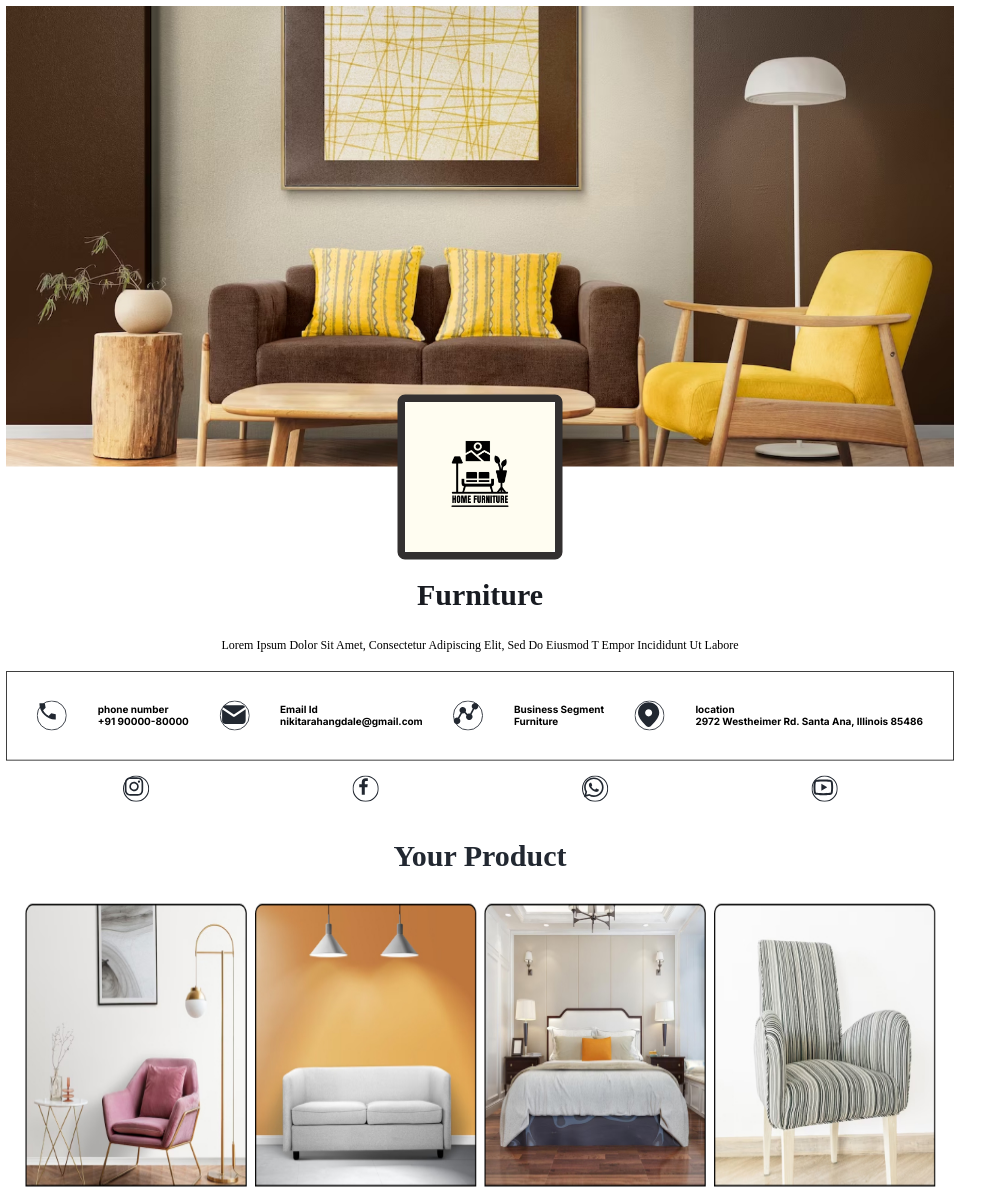
Repository: nikita120402/next13-deploy
Page: /
The author's editor kept a copy of each file at every save. The page is drawn from the files as they stood at one save, then again after the next save.
The browser window is 1280 px wide. The page is 1280 px wide, then 1312 px, then 1280 px, so the pictures cover 1312 px, including what lies to the right of the window. The pictures show the whole page, at 75% of full size.
The project was rebuilt for these pictures with package versions that can differ from the ones it lists, and the page was loaded fresh each time. The framework's server and built-in components were replaced by stand-ins that run in the browser. Also part of the build but not shown: next.config.js.

Above is the page before, as saved 2023-08-02 18:33:32.

### src/app/page.tsx
import Image from 'next/image'
import styles from './Design.module.css'
export default function Page() {
  return (
  <div>
        <Image
        className={styles.image1}
      src="/../public/image/Rectangle 25.jpg"
      alt="Picture"
      width={1500}
      height={600}
          />
          <Image
          className={styles.icon}
          src="/../public/image/final logo.jpg"
          alt="Picture"
          width={200}
          height={200}
          />
          <h1>Furniture</h1>
          <p>Lorem ipsum dolor sit amet, consectetur adipiscing elit, sed do eiusmod t empor incididunt ut labore </p>
          <div className={styles.call}>
          <svg xmlns="http://www.w3.org/2000/svg" width="40" height="40" viewBox="0 0 69 69" fill="none">
  <circle cx="34.5" cy="34.5" r="33.5" fill="white" stroke="#222831" stroke-width="2"/>
  <svg xmlns="http://www.w3.org/2000/svg" width="50" height="50" viewBox="0 0 33 33" fill="none">
  <path d="M27.4313 28.875C24.5667 28.875 21.731 28.2563 18.9241 27.0187C16.1173 25.7812 13.5676 24.0167 11.275 21.725C8.98333 19.4333 7.21875 16.8896 5.98125 14.0938C4.74375 11.2979 4.125 8.45625 4.125 5.56875V4.125H12.2375L13.5094 11.0344L9.59062 14.9875C10.0948 15.8812 10.6562 16.7292 11.275 17.5312C11.8937 18.3333 12.5583 19.0781 13.2687 19.7656C13.9333 20.4302 14.6612 21.0664 15.4522 21.6741C16.2433 22.2819 17.0968 22.8488 18.0125 23.375L22 19.3875L28.875 20.7969V28.875H27.4313Z" fill="#222831"/>
</svg></svg> <h5>phone number <br/> +91 90000-80000</h5>

<svg xmlns="http://www.w3.org/2000/svg" width="40" height="40" viewBox="0 0 69 69" fill="none">
  <circle cx="34.5" cy="34.5" r="33.5" fill="white" stroke="#222831" stroke-width="2"/>
  <svg xmlns="http://www.w3.org/2000/svg" width="65" height="65" viewBox="0 0 33 33" fill="none">
  <g clip-path="url(#clip0_1_50)">
    <path d="M30.25 10.3606V23.375C30.2501 24.4271 29.8481 25.4396 29.1262 26.2051C28.4044 26.9706 27.4174 27.4314 26.367 27.4931L26.125 27.5H6.875C5.82284 27.5 4.81042 27.098 4.04489 26.3762C3.27937 25.6544 2.8186 24.6673 2.75688 23.617L2.75 23.375V10.3606L15.7369 19.019L15.8964 19.1097C16.0843 19.2016 16.2908 19.2493 16.5 19.2493C16.7092 19.2493 16.9157 19.2016 17.1036 19.1097L17.2631 19.019L30.25 10.3606Z" fill="#222831"/>
    <path d="M26.125 5.5C27.61 5.5 28.9121 6.28375 29.6381 7.46212L16.5 16.2209L3.36188 7.46212C3.70663 6.90218 4.1803 6.4328 4.74335 6.09315C5.30641 5.7535 5.94252 5.55343 6.59863 5.50962L6.875 5.5H26.125Z" fill="#222831"/>
  </g>
  <defs>
    <clipPath id="clip0_1_50">
      <rect width="33" height="33" fill="white"/>
    </clipPath>
  </defs>
</svg>
</svg> <h5>Email Id <br/>  nikitarahangdale@gmail.com</h5>

<svg xmlns="http://www.w3.org/2000/svg" width="40" height="40" viewBox="0 0 69 69" fill="none">
  <circle cx="34.5" cy="34.5" r="33.5" fill="white" stroke="#222831" stroke-width="2"/>
  <svg xmlns="http://www.w3.org/2000/svg" width="60" height="60" viewBox="0 0 33 33" fill="none">
  <path d="M30.7622 10.1346C30.3794 10.5186 29.9246 10.8231 29.4237 11.0306C28.9228 11.2381 28.3859 11.3445 27.8437 11.3437C27.5119 11.3436 27.1813 11.3037 26.8589 11.2251L23.4261 17.6008C23.4648 17.6369 23.5035 17.673 23.5409 17.7104C24.0863 18.256 24.4678 18.9435 24.6421 19.6951C24.8163 20.4466 24.7764 21.2319 24.5267 21.9618C24.2771 22.6917 23.8277 23.337 23.2297 23.8244C22.6317 24.3118 21.9091 24.6217 21.1438 24.719C20.3785 24.8162 19.6013 24.6969 18.9004 24.3747C18.1995 24.0524 17.603 23.54 17.1787 22.8957C16.7544 22.2514 16.5192 21.5011 16.5 20.7298C16.4807 19.9586 16.6781 19.1975 17.0698 18.5328L14.4684 15.9315C13.8338 16.3044 13.111 16.5007 12.375 16.5C12.0428 16.5002 11.7117 16.4609 11.3889 16.3827L7.95609 22.7558C7.99476 22.7919 8.03472 22.828 8.0721 22.8654C8.6489 23.4423 9.04168 24.1773 9.20076 24.9775C9.35985 25.7776 9.27811 26.607 8.96587 27.3606C8.65363 28.1143 8.12492 28.7585 7.44658 29.2117C6.76825 29.665 5.97076 29.9069 5.15495 29.9069C4.33915 29.9069 3.54166 29.665 2.86333 29.2117C2.18499 28.7585 1.65628 28.1143 1.34404 27.3606C1.0318 26.607 0.950059 25.7776 1.10915 24.9775C1.26823 24.1773 1.66101 23.4423 2.23781 22.8654C2.7397 22.3637 3.36251 22 4.04606 21.8094C4.7296 21.6188 5.45075 21.6078 6.1398 21.7774L9.57257 15.4017C9.5339 15.3656 9.49523 15.3295 9.45785 15.2921C9.07471 14.9091 8.77077 14.4543 8.56342 13.9538C8.35606 13.4532 8.24933 12.9168 8.24933 12.375C8.24933 11.8332 8.35606 11.2967 8.56342 10.7962C8.77077 10.2957 9.07471 9.84089 9.45785 9.45783C10.1675 8.74616 11.1126 8.31805 12.1156 8.25393C13.1186 8.18981 14.1105 8.49408 14.905 9.10959C15.6995 9.72511 16.242 10.6095 16.4306 11.5967C16.6191 12.5839 16.4407 13.606 15.9289 14.471L18.5303 17.0723C19.4597 16.5277 20.5645 16.3659 21.6111 16.6212L25.0439 10.2455C25.0052 10.2094 24.9653 10.1733 24.9279 10.1359C24.5447 9.75283 24.2408 9.29805 24.0335 8.79752C23.8261 8.29699 23.7194 7.76051 23.7194 7.21873C23.7194 6.67695 23.8261 6.14048 24.0335 5.63995C24.2408 5.13942 24.5447 4.68464 24.9279 4.30158C25.7016 3.52791 26.7509 3.09326 27.845 3.09326C28.9392 3.09326 29.9885 3.52791 30.7622 4.30158C31.5359 5.07526 31.9705 6.12459 31.9705 7.21873C31.9705 8.31288 31.5359 9.36221 30.7622 10.1359V10.1346Z" fill="#222831"/>
</svg>
</svg> <h5>Business  Segment  <br/>  Furniture</h5>

<svg xmlns="http://www.w3.org/2000/svg" width="40" height="40" viewBox="0 0 69 69" fill="none">
  <circle cx="34.5" cy="34.5" r="33.5" fill="white" stroke="#222831" stroke-width="2"/>
  <svg xmlns="http://www.w3.org/2000/svg" width="65" height="65" viewBox="0 0 33 33" fill="none">
  <path d="M18.8843 29.997C22.4792 26.8331 28.875 20.3692 28.875 14.4375C28.875 11.1554 27.5712 8.00782 25.2504 5.68705C22.9297 3.36629 19.7821 2.0625 16.5 2.0625C13.2179 2.0625 10.0703 3.36629 7.74955 5.68705C5.42879 8.00782 4.125 11.1554 4.125 14.4375C4.125 20.3692 10.5187 26.8331 14.1157 29.997C14.7719 30.5826 15.6205 30.9063 16.5 30.9063C17.3795 30.9063 18.2281 30.5826 18.8843 29.997ZM12.375 14.4375C12.375 13.3435 12.8096 12.2943 13.5832 11.5207C14.3568 10.7471 15.406 10.3125 16.5 10.3125C17.594 10.3125 18.6432 10.7471 19.4168 11.5207C20.1904 12.2943 20.625 13.3435 20.625 14.4375C20.625 15.5315 20.1904 16.5807 19.4168 17.3543C18.6432 18.1279 17.594 18.5625 16.5 18.5625C15.406 18.5625 14.3568 18.1279 13.5832 17.3543C12.8096 16.5807 12.375 15.5315 12.375 14.4375Z" fill="#222831"/>
</svg>
</svg>  <h5>location  <br/>  2972 Westheimer Rd. Santa Ana, Illinois 85486 </h5>

</div>
<div className={styles.icon1}>

<svg className={styles.icon2} xmlns="http://www.w3.org/2000/svg" width="35" height="35" viewBox="0 0 50 50" fill="none">
  <circle cx="25" cy="25" r="24" fill="white" stroke="#222831" stroke-width="2"/>
  <svg   xmlns="http://www.w3.org/2000/svg" width="42" height="42" viewBox="0 0 32 32" fill="none">
  <path d="M23.12 7.27999C22.8036 7.27999 22.4942 7.37383 22.2311 7.54964C21.968 7.72545 21.7629 7.97533 21.6418 8.2677C21.5207 8.56006 21.489 8.88176 21.5507 9.19213C21.6125 9.5025 21.7649 9.7876 21.9886 10.0114C22.2124 10.2351 22.4975 10.3875 22.8079 10.4492C23.1182 10.511 23.4399 10.4793 23.7323 10.3582C24.0247 10.2371 24.2745 10.032 24.4504 9.7689C24.6262 9.50578 24.72 9.19644 24.72 8.87999C24.72 8.45564 24.5514 8.04868 24.2514 7.74862C23.9513 7.44856 23.5443 7.27999 23.12 7.27999ZM29.2533 10.5067C29.2274 9.40039 29.0202 8.30586 28.64 7.26666C28.301 6.3775 27.7733 5.57236 27.0933 4.90666C26.4331 4.22322 25.6261 3.69889 24.7333 3.37332C23.6969 2.98154 22.6011 2.7696 21.4933 2.74666C20.08 2.66666 19.6267 2.66666 16 2.66666C12.3733 2.66666 11.92 2.66666 10.5067 2.74666C9.39887 2.7696 8.30313 2.98154 7.26667 3.37332C6.37557 3.70219 5.56925 4.22607 4.90667 4.90666C4.22324 5.56689 3.69891 6.37391 3.37334 7.26666C2.98155 8.30311 2.76962 9.39886 2.74667 10.5067C2.66667 11.92 2.66667 12.3733 2.66667 16C2.66667 19.6267 2.66667 20.08 2.74667 21.4933C2.76962 22.6011 2.98155 23.6969 3.37334 24.7333C3.69891 25.6261 4.22324 26.4331 4.90667 27.0933C5.56925 27.7739 6.37557 28.2978 7.26667 28.6267C8.30313 29.0184 9.39887 29.2304 10.5067 29.2533C11.92 29.3333 12.3733 29.3333 16 29.3333C19.6267 29.3333 20.08 29.3333 21.4933 29.2533C22.6011 29.2304 23.6969 29.0184 24.7333 28.6267C25.6261 28.3011 26.4331 27.7768 27.0933 27.0933C27.7763 26.4301 28.3045 25.6242 28.64 24.7333C29.0202 23.6941 29.2274 22.5996 29.2533 21.4933C29.2533 20.08 29.3333 19.6267 29.3333 16C29.3333 12.3733 29.3333 11.92 29.2533 10.5067ZM26.8533 21.3333C26.8436 22.1797 26.6903 23.0183 26.4 23.8133C26.1871 24.3936 25.8452 24.9179 25.4 25.3467C24.9675 25.7873 24.4443 26.1286 23.8667 26.3467C23.0716 26.637 22.233 26.7903 21.3867 26.8C20.0533 26.8667 19.56 26.88 16.0533 26.88C12.5467 26.88 12.0533 26.88 10.72 26.8C9.84119 26.8164 8.96613 26.6811 8.13334 26.4C7.58105 26.1708 7.08181 25.8304 6.66667 25.4C6.22412 24.9717 5.88646 24.4469 5.68001 23.8667C5.35448 23.0602 5.17393 22.2026 5.14667 21.3333C5.14667 20 5.06667 19.5067 5.06667 16C5.06667 12.4933 5.06667 12 5.14667 10.6667C5.15265 9.8014 5.31061 8.94392 5.61334 8.13332C5.84807 7.57054 6.20836 7.06887 6.66667 6.66666C7.07176 6.20821 7.57239 5.84412 8.13334 5.59999C8.94607 5.30671 9.80267 5.15343 10.6667 5.14666C12 5.14666 12.4933 5.06666 16 5.06666C19.5067 5.06666 20 5.06666 21.3333 5.14666C22.1797 5.15636 23.0183 5.30965 23.8133 5.59999C24.4192 5.82486 24.9631 6.19045 25.4 6.66666C25.8369 7.07623 26.1784 7.57697 26.4 8.13332C26.6963 8.94523 26.8497 9.80236 26.8533 10.6667C26.92 12 26.9333 12.4933 26.9333 16C26.9333 19.5067 26.92 20 26.8533 21.3333ZM16 9.15999C14.6478 9.16263 13.3266 9.56602 12.2035 10.3192C11.0805 11.0724 10.2058 12.1416 9.69018 13.3917C9.17452 14.6417 9.04097 16.0166 9.3064 17.3426C9.57182 18.6685 10.2243 19.886 11.1814 20.8413C12.1386 21.7966 13.3574 22.4467 14.6838 22.7095C16.0103 22.9724 17.3849 22.8361 18.634 22.318C19.883 21.7999 20.9505 20.9232 21.7015 19.7987C22.4525 18.6742 22.8533 17.3522 22.8533 16C22.8551 15.1001 22.6789 14.2088 22.335 13.3773C21.991 12.5457 21.4861 11.7904 20.8492 11.1547C20.2122 10.519 19.4559 10.0156 18.6237 9.67323C17.7915 9.3309 16.8999 9.15647 16 9.15999ZM16 20.44C15.1219 20.44 14.2634 20.1796 13.5333 19.6917C12.8031 19.2038 12.234 18.5104 11.898 17.6991C11.5619 16.8878 11.474 15.9951 11.6453 15.1338C11.8166 14.2725 12.2395 13.4814 12.8604 12.8604C13.4814 12.2395 14.2725 11.8166 15.1338 11.6453C15.9951 11.474 16.8878 11.5619 17.6991 11.898C18.5104 12.234 19.2039 12.8031 19.6917 13.5333C20.1796 14.2634 20.44 15.1218 20.44 16C20.44 16.5831 20.3252 17.1604 20.102 17.6991C19.8789 18.2378 19.5519 18.7273 19.1396 19.1395C18.7273 19.5518 18.2378 19.8789 17.6991 20.102C17.1604 20.3251 16.5831 20.44 16 20.44Z" fill="#222831"/>
</svg>
</svg>
<svg xmlns="http://www.w3.org/2000/svg" width="35" height="35" viewBox="0 0 50 50" fill="none">
  <circle cx="25" cy="25" r="24" fill="white" stroke="#222831" stroke-width="2"/>
  <svg xmlns="http://www.w3.org/2000/svg" width="42" height="42" viewBox="0 0 32 32" fill="none">
  <path d="M17.8627 27.996V17.068H21.5493L22.0973 12.7893H17.8627V10.064C17.8627 8.82934 18.2067 7.98401 19.9787 7.98401H22.224V4.16935C21.1315 4.05227 20.0334 3.99574 18.9347 4.00001C15.676 4.00001 13.4387 5.98935 13.4387 9.64135V12.7813H9.776V17.06H13.4467V27.996H17.8627Z" fill="#222831"/>
</svg>
</svg>
<svg xmlns="http://www.w3.org/2000/svg" width="35" height="35" viewBox="0 0 50 50" fill="none">
  <circle cx="25" cy="25" r="24" fill="white" stroke="#222831" stroke-width="2"/>
  <svg xmlns="http://www.w3.org/2000/svg" width="45" height="45" viewBox="0 0 32 32" fill="none">
  <path d="M25.4 6.54667C24.1776 5.31191 22.7216 4.3329 21.1168 3.66674C19.5121 3.00059 17.7908 2.66062 16.0533 2.66667C8.77333 2.66667 2.84 8.60001 2.84 15.88C2.84 18.2133 3.45333 20.48 4.6 22.48L2.73333 29.3333L9.73333 27.4933C11.6667 28.5467 13.84 29.1067 16.0533 29.1067C23.3333 29.1067 29.2667 23.1733 29.2667 15.8933C29.2667 12.36 27.8933 9.04001 25.4 6.54667ZM16.0533 26.8667C14.08 26.8667 12.1467 26.3333 10.4533 25.3333L10.0533 25.0933L5.89333 26.1867L7 22.1333L6.73333 21.72C5.637 19.9693 5.05485 17.9457 5.05333 15.88C5.05333 9.82667 9.98667 4.89334 16.04 4.89334C18.9733 4.89334 21.7333 6.04001 23.8 8.12001C24.8233 9.13863 25.6343 10.3502 26.1859 11.6846C26.7374 13.0189 27.0187 14.4495 27.0133 15.8933C27.04 21.9467 22.1067 26.8667 16.0533 26.8667ZM22.08 18.6533C21.7467 18.4933 20.12 17.6933 19.8267 17.5733C19.52 17.4667 19.3067 17.4133 19.08 17.7333C18.8533 18.0667 18.2267 18.8133 18.04 19.0267C17.8533 19.2533 17.6533 19.28 17.32 19.1067C16.9867 18.9467 15.92 18.5867 14.6667 17.4667C13.68 16.5867 13.0267 15.5067 12.8267 15.1733C12.64 14.84 12.8 14.6667 12.9733 14.4933C13.12 14.3467 13.3067 14.1067 13.4667 13.92C13.6267 13.7333 13.6933 13.5867 13.8 13.3733C13.9067 13.1467 13.8533 12.96 13.7733 12.8C13.6933 12.64 13.0267 11.0133 12.76 10.3467C12.4933 9.70668 12.2133 9.78667 12.0133 9.77334H11.3733C11.1467 9.77334 10.8 9.85334 10.4933 10.1867C10.2 10.52 9.34667 11.32 9.34667 12.9467C9.34667 14.5733 10.5333 16.1467 10.6933 16.36C10.8533 16.5867 13.0267 19.92 16.3333 21.3467C17.12 21.6933 17.7333 21.8933 18.2133 22.04C19 22.2933 19.72 22.2533 20.2933 22.1733C20.9333 22.08 22.2533 21.3733 22.52 20.6C22.8 19.8267 22.8 19.1733 22.7067 19.0267C22.6133 18.88 22.4133 18.8133 22.08 18.6533Z" fill="#222831"/>
</svg>
</svg>
<svg xmlns="http://www.w3.org/2000/svg" width="35" height="35" viewBox="0 0 50 50" fill="none">
  <circle cx="25" cy="25" r="24" fill="white" stroke="#222831" stroke-width="2"/>
  <svg xmlns="http://www.w3.org/2000/svg" width="45" height="45" viewBox="0 0 32 32" fill="none">
  <path d="M26.1427 9.32668C26.0413 8.92934 25.7533 8.62934 25.424 8.53734C24.84 8.37334 22.0013 8.00001 16.0013 8.00001C10.0013 8.00001 7.164 8.37334 6.576 8.53734C6.25066 8.62801 5.96266 8.92801 5.86 9.32668C5.71466 9.89201 5.33466 12.26 5.33466 16C5.33466 19.7387 5.71466 22.1067 5.86 22.6747C5.96133 23.0707 6.24933 23.3707 6.57733 23.4613C7.164 23.6267 10 24 16 24C22 24 24.8387 23.6267 25.4253 23.4627C25.7507 23.372 26.0387 23.072 26.1413 22.6733C26.288 22.108 26.6667 19.7333 26.6667 16C26.6667 12.2667 26.288 9.89334 26.1427 9.32668ZM28.7253 8.66401C29.3347 11.04 29.3347 16 29.3347 16C29.3347 16 29.3347 20.96 28.7253 23.336C28.3867 24.6493 27.396 25.6827 26.1413 26.032C23.8627 26.6667 16 26.6667 16 26.6667C16 26.6667 8.14266 26.6667 5.86 26.032C4.6 25.6773 3.61066 24.6453 3.276 23.336C2.66666 20.96 2.66666 16 2.66666 16C2.66666 16 2.66666 11.04 3.276 8.66401C3.61466 7.35068 4.60533 6.31734 5.86 5.96801C8.144 5.33334 16.0013 5.33334 16.0013 5.33334C16.0013 5.33334 23.8627 5.33334 26.1413 5.96801C27.4 6.32268 28.3907 7.35468 28.7253 8.66401ZM13.3347 20.6667V11.3333L21.3347 16L13.3347 20.6667Z" fill="#222831"/>
</svg>
</svg>

</div>
<h2 className={styles.heading}>Your Product </h2>

<div className={styles.product} >
      <Image
          src="/../public/image/Chair.jpg"
          alt="Picture"
          width={295}
          height={377}
          />
          <Image
          src="/../public/image/Sofa.jpg"
          alt="Picture"
          width={295}
          height={377}
          />
          <Image
          src="/../public/image/Bed.jpg"
          alt="Picture"
          width={295}
          height={377}
          />
          <Image
          src="/../public/image/Chair1.jpg"
          alt="Picture"
          width={295}
          height={377}
          />

</div>
  </div>
  )

}

### src/app/globals.css
h1{
      text-align: center;
      color: #181b21;
font-family: Playfair Display;
font-size: 40px;
font-style: normal;
font-weight: 600;
line-height: 100%; /* 40px */
  text-transform: capitalize;
}
p{
      color: #000;
text-align: center;
padding: 10px;
font-family: Poppins;
font-size: 16px;
font-style: normal;
font-weight: 400;
line-height: 120%; /* 24px */
text-transform: capitalize;
}

### src/app/Design.module.css
.image1{
    width: 100%;
    height: 100%;
}

.icon{
    border-radius: 10px;
    background: #222831;
    position: relative;
    border: solid 10px rgb(51, 48, 48);
    margin-left: auto;
    margin-right: auto;
    display: block;
    margin-top: -100px;
    z-index: +1;
}

.call{
    display: flex;
    margin-left:auto;
    border: solid 1px black;
    padding: 20px;
    justify-content: space-around;
    align-items: center;
}

.icon1{
    display: flex;
    margin-left:0%;
    padding: 20px;
    align-items: center;
    flex-shrink: 0;
    justify-content:space-around;


}

.heading{
    text-align: center;
    color: #222831;
    font-family: Playfair Display;
    font-size: 40px;
    font-style: normal;
    font-weight: 600;
    line-height: 100%; /* 40px */
    text-transform: capitalize;
}

.icon2{
        text-align: center;
}

.product{
            display: flex;
            padding: 10px 20px;
            justify-content: space-around;

}

Loaded but not shown: src/app/layout.tsx (common file)

After the next save:
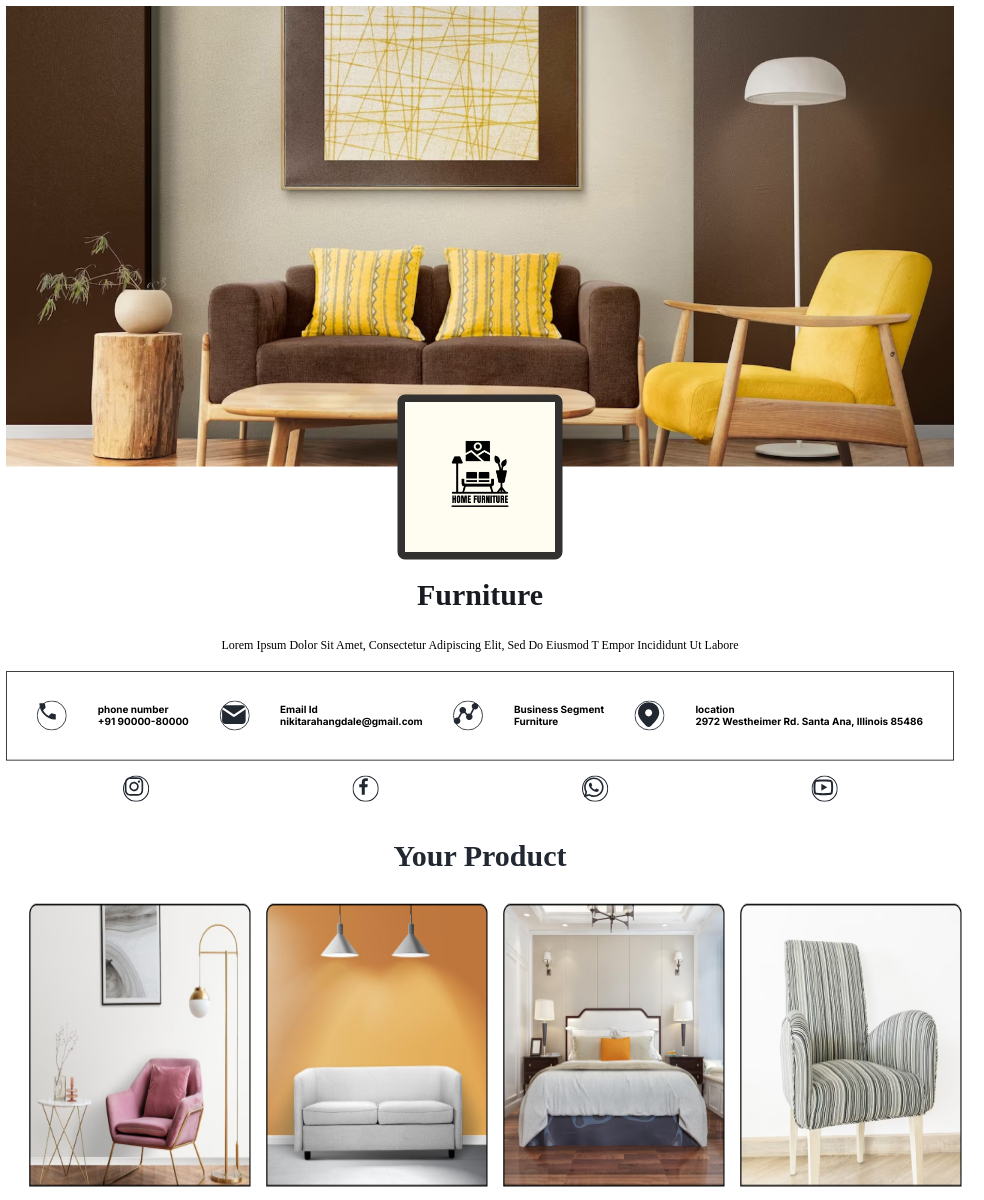
Saved 118 s later.
--- a/src/app/Design.module.css
+++ b/src/app/Design.module.css
@@ -54,5 +54,7 @@
             display: flex;
             padding: 10px 20px;
             justify-content: space-around;
+            width: 100%;
+            height: 100%;
 
 }

After the save that followed:
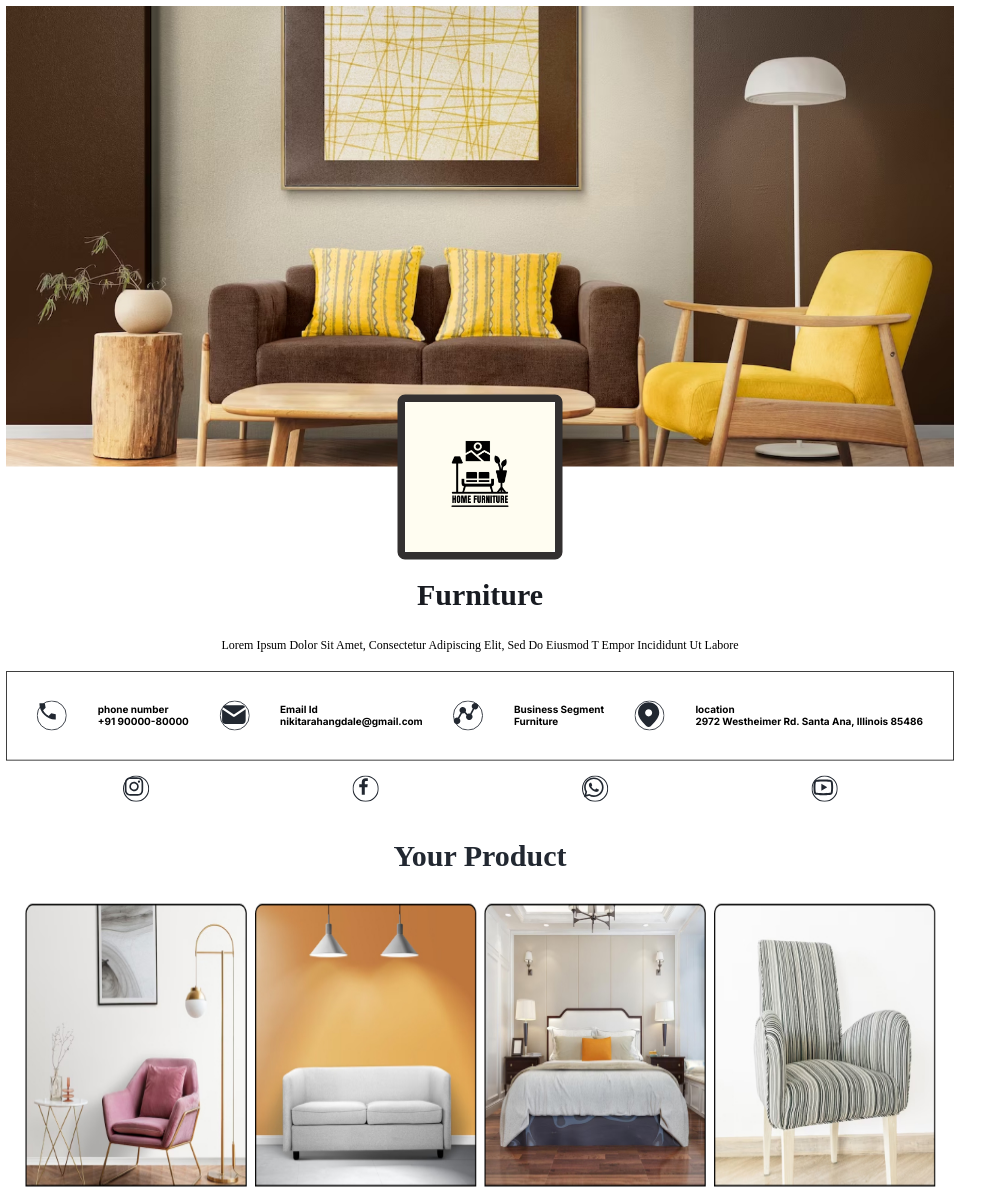
Saved 3 min 50 s later.
--- a/src/app/Design.module.css
+++ b/src/app/Design.module.css
@@ -54,7 +54,5 @@
             display: flex;
             padding: 10px 20px;
             justify-content: space-around;
-            width: 100%;
-            height: 100%;
 
 }
